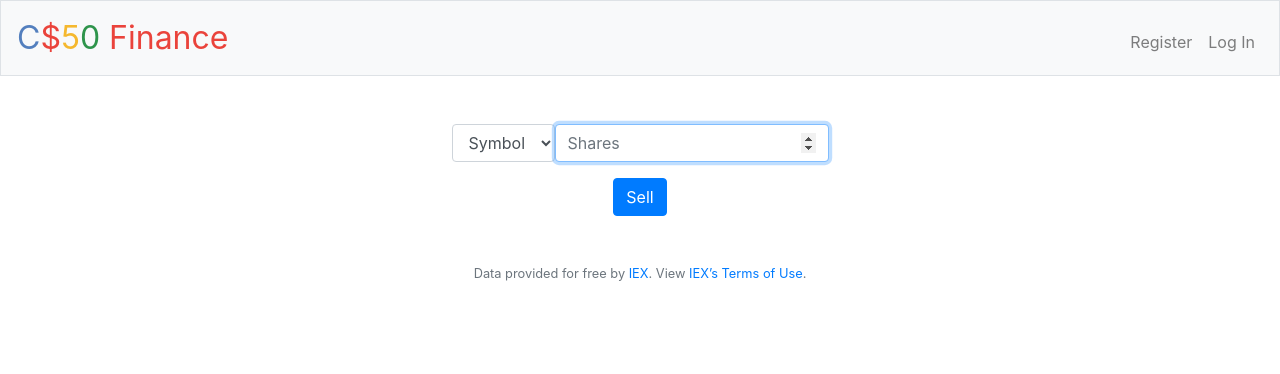
Repository: tavrora/cs50_ide
Page: pset8/finance/templates/sell.html
The author's editor kept a record of every edit. The page is drawn from the files as they stood at one moment, then again after a run of edits.
The browser window is 1280 px wide. The pictures show the whole page.
The template is drawn by Flask 3. The application's start-up code is not run. The template is opened directly, without the code that normally fills it, so the values that code supplies are empty.

Above is the page before.

After the next 2 edits:
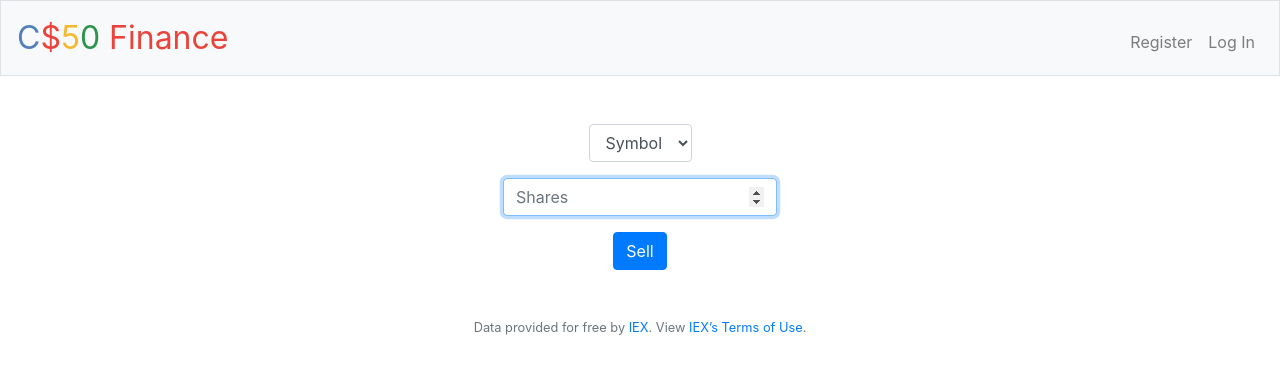
The 2 edits are shown as one change because 1 did not build or start.
The edit:
--- a/pset8/finance/templates/sell.html
+++ b/pset8/finance/templates/sell.html
@@ -12,9 +12,8 @@
                 <option disabled selected value>Symbol</option>
                 {% for symb in symbAll %}
                     <option>{{ symb['symbol'] }}</option>
-
+                {% endfor %}
             </select>
-            {% endfor %}
         </div>
 
         <div class="form-group">
